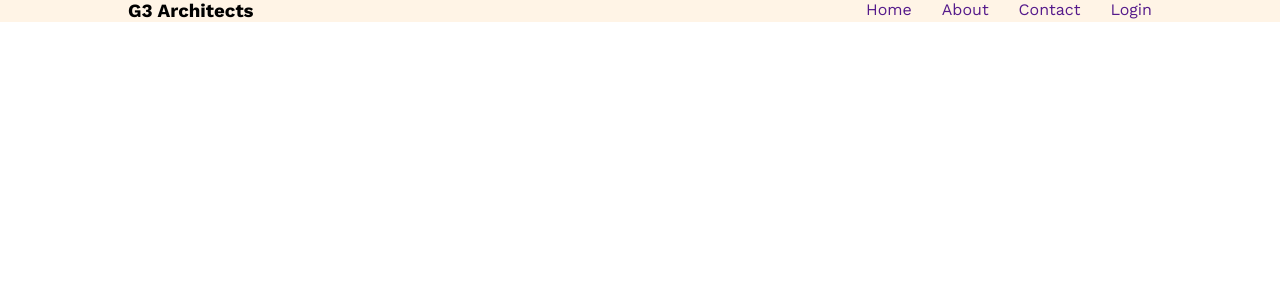
Repository: ShouravAhammed/G3-architects-webpage
Page: index.html
These files come from the project's save history. The page is drawn as it stood at one moment and after the next save; the edit follows.
The browser window is 1280 px wide. The pictures show the whole page.

Above is the page before, as saved 2024-01-12 22:06:54.

After the next save:
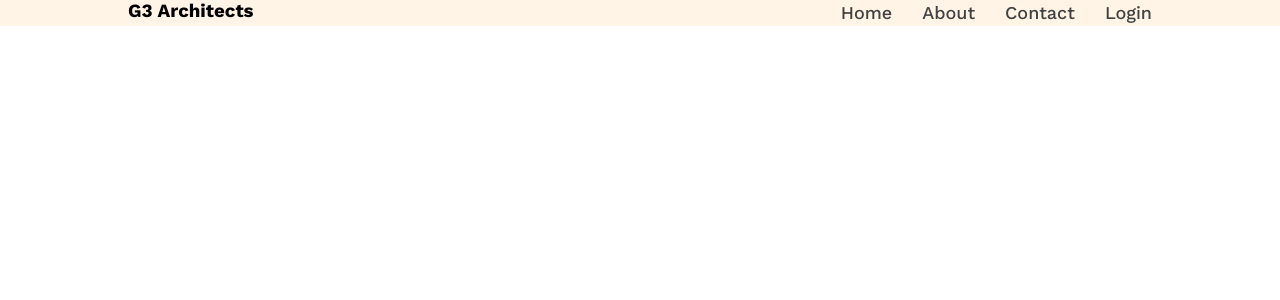
Saved 52 s later.
--- a/styles/style.css
+++ b/styles/style.css
@@ -32,6 +32,9 @@
     list-style: none;
 }
 .nav li a{
-
+    color: var(--Dark-02, #424242);
+    font-size: 18px;
+    font-weight: 500;
+    line-height: 26px;
     text-decoration: none;
 }
